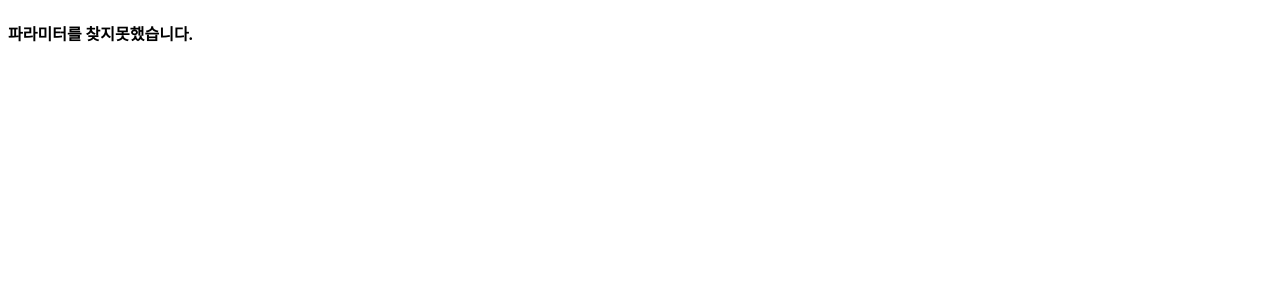
Repository: juhee1020/studying
Page: http://localhost/jsp01_basic/jsp05_error/jsp01_param_err.jsp
The author's editor kept a copy of each file at every save. The page is drawn from the files as they stood at one save, then again after the next save.
The browser window is 1280 px wide. The pictures show the whole page.
The page is served by Tomcat 9.

Above is the page before, as saved 2022-12-13 02:19:08.

After the next save:
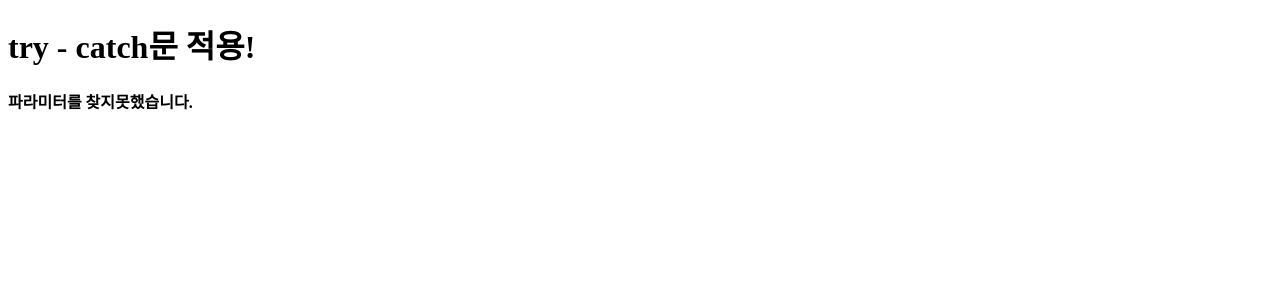
Saved 18 s later.
--- a/JSP/jsp01_basic/WebContent/jsp05_error/jsp01_param_err.jsp
+++ b/JSP/jsp01_basic/WebContent/jsp05_error/jsp01_param_err.jsp
@@ -6,6 +6,7 @@
 <title>Insert title here</title>
 </head>
 <body>
+	<h1>try - catch문 적용!</h1>
 	<%try{%>
 		<%= request.getParameter("Xenon").toUpperCase() %>
 		<%}catch(Exception e){%>
